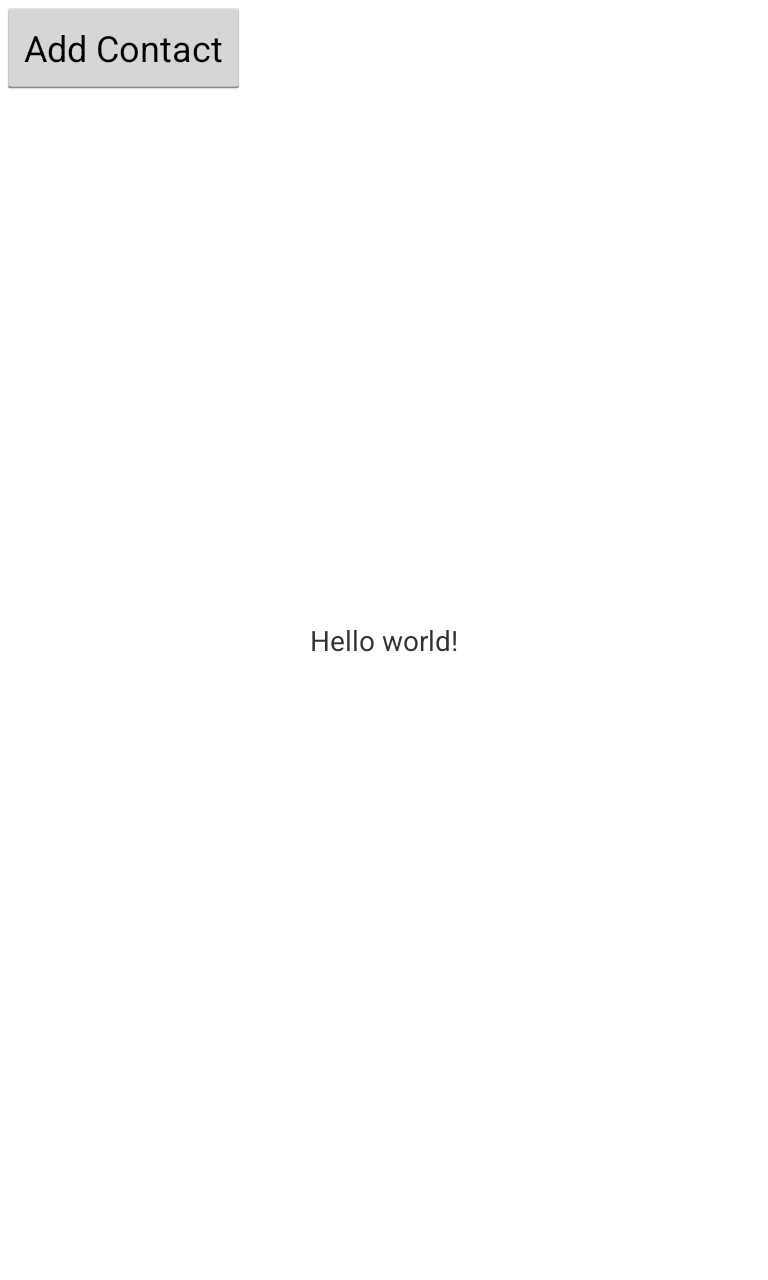
Repository: yoszka/Andro_apps
Layout: ContactsTest/res/layout/activity_main.xml
These files come from the project's save history. The layout is drawn as it stood at one moment and after the next save; the edit follows.
It is drawn on a 768 x 1280 px phone screen (xhdpi) without system bars, with theme AppTheme; the app's code is not run.

Above is the layout before, as saved 2013-02-04 22:04:26.

### ContactsTest/res/layout/activity_main.xml
<RelativeLayout xmlns:android="http://schemas.android.com/apk/res/android"
    xmlns:tools="http://schemas.android.com/tools"
    android:layout_width="match_parent"
    android:layout_height="match_parent"
    tools:context=".MainActivity" >

    <TextView
        android:layout_width="wrap_content"
        android:layout_height="wrap_content"
        android:layout_centerHorizontal="true"
        android:layout_centerVertical="true"
        android:text="@string/hello_world" />

    <Button
        android:id="@+id/button1"
        android:layout_width="wrap_content"
        android:layout_height="wrap_content"
        android:layout_alignParentLeft="true"
        android:layout_alignParentTop="true"
        android:text="Add Contact" />

</RelativeLayout>

### ContactsTest/res/values/strings.xml
<?xml version="1.0" encoding="utf-8"?>
<resources>

    <string name="app_name">ContactsTest</string>
    <string name="hello_world">Hello world!</string>
    <string name="menu_settings">Settings</string>

</resources>

Loaded but not shown: ContactsTest/res/values/styles.xml (common file); ContactsTest/res/values-v11/styles.xml (common file); ContactsTest/res/values-v14/styles.xml (common file)

After the next save:
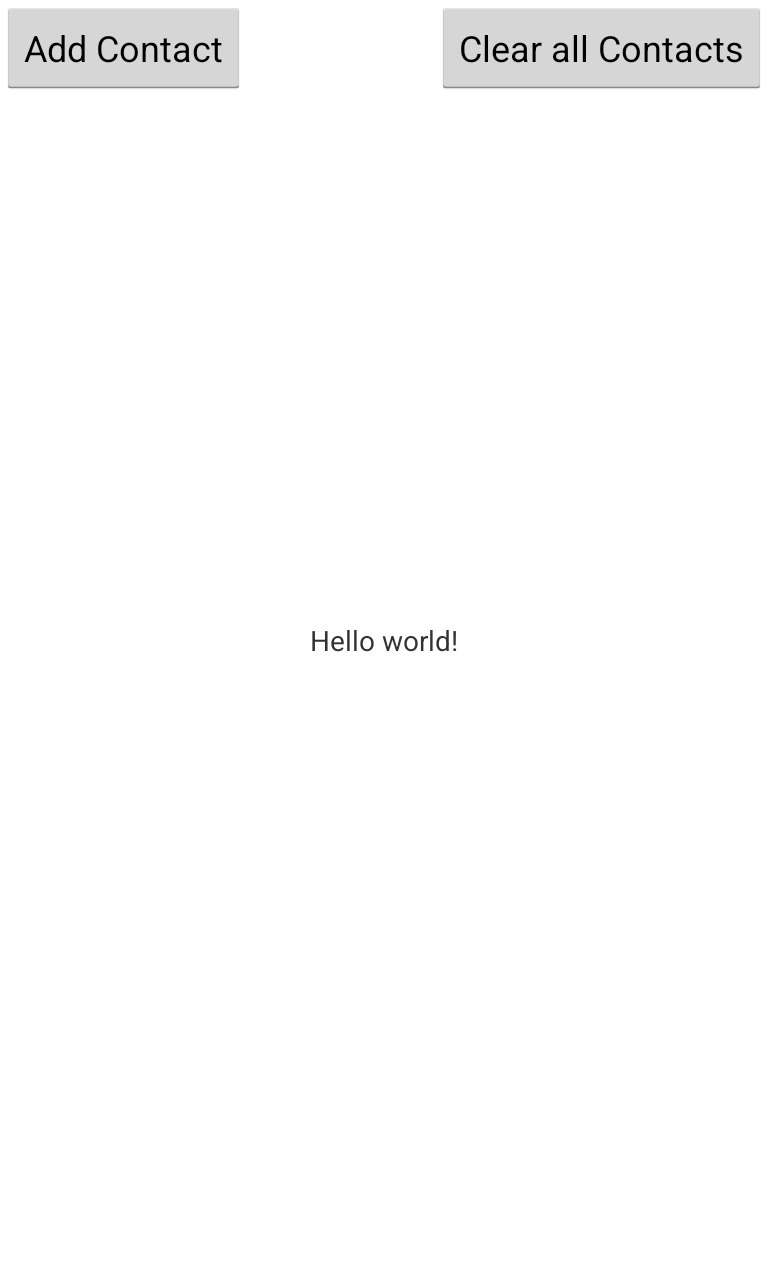
Saved 27 s later.
--- a/ContactsTest/res/layout/activity_main.xml
+++ b/ContactsTest/res/layout/activity_main.xml
@@ -19,4 +19,12 @@
         android:layout_alignParentTop="true"
         android:text="Add Contact" />
 
+    <Button
+        android:id="@+id/button2"
+        android:layout_width="wrap_content"
+        android:layout_height="wrap_content"
+        android:layout_alignParentRight="true"
+        android:layout_alignParentTop="true"
+        android:text="Clear all Contacts" />
+
 </RelativeLayout>
